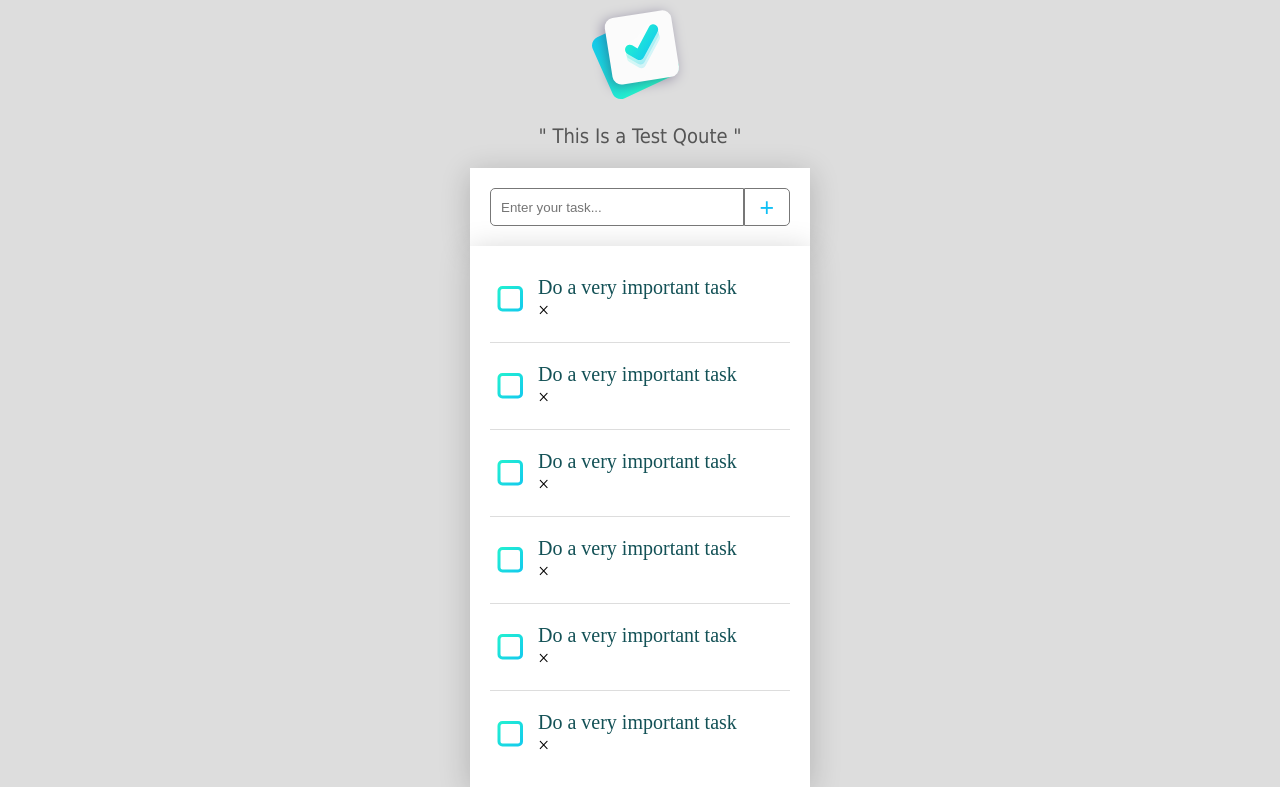
Repository: ahmedhamed15/React-Todo
Page: /
These files come from the project's save history. The page is drawn as it stood at one moment and after the next save; the edit follows.
The browser window is 1280 px wide. The pictures show the whole page.
The project was rebuilt for these pictures with package versions that can differ from the ones it lists, and the page was loaded fresh each time.

Above is the page before, as saved 2021-07-26 15:07:32.

After the next save:
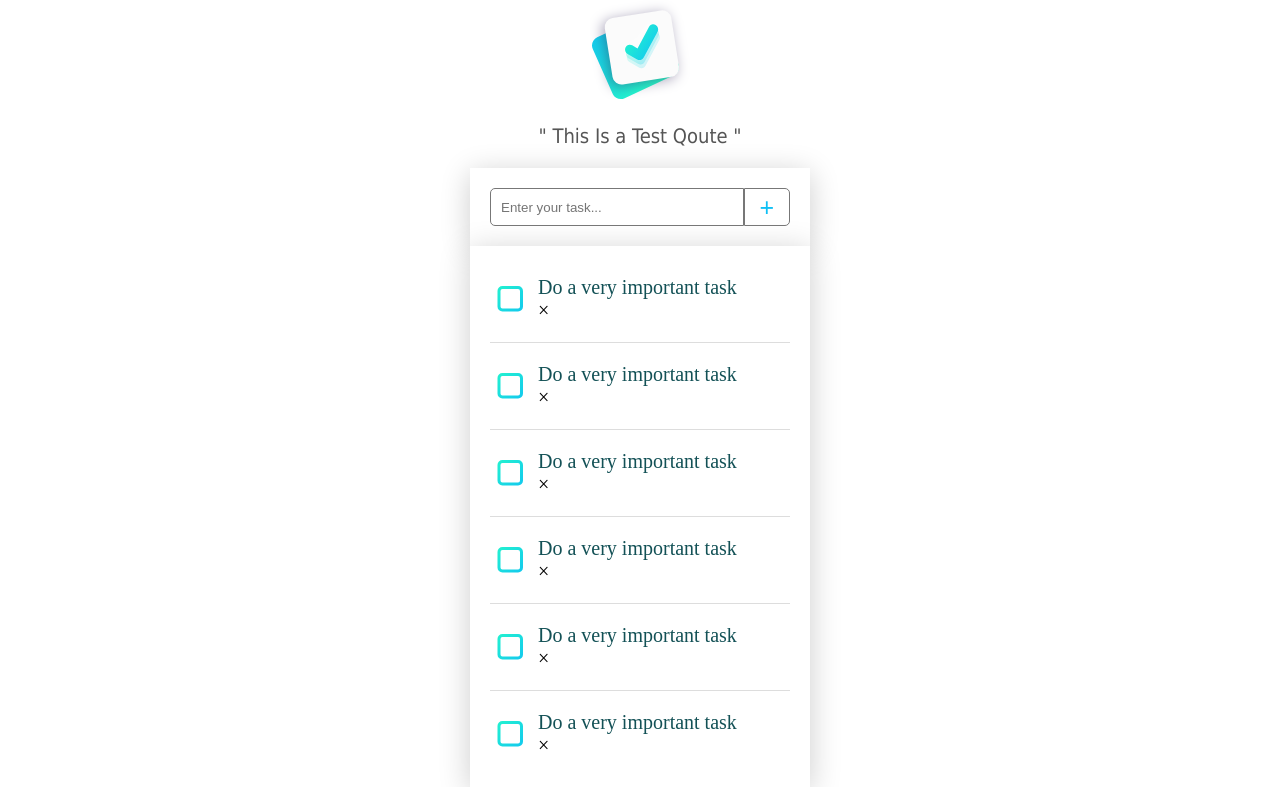
Saved 6 h 9 min later.
--- a/src/components/Todos/TodoItem/style.scss
+++ b/src/components/Todos/TodoItem/style.scss
@@ -113,14 +113,6 @@
     -webkit-animation-name: explode;
             animation-name: explode;
   }
-  html {
-    background: #ddd;
+  .todo__delete-btn {
+
   }
-  html {
-    height: 100%;
-    display: flex;
-  }
-  body {
-    width: 100%;
-    margin: auto;
-  }
